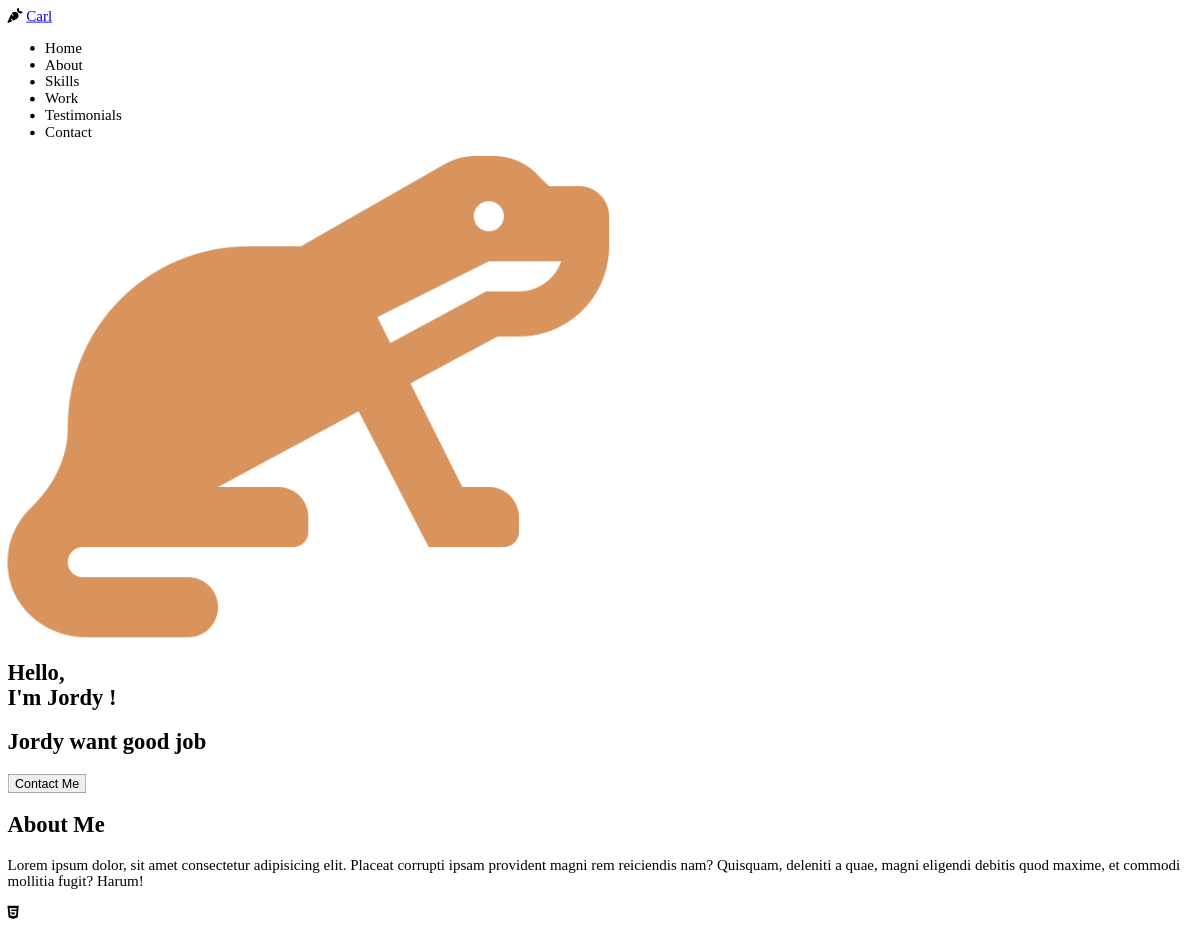
Repository: pilgrim13/Portfolio
Page: index.html
These files come from the project's save history. The page is drawn as it stood at one moment and after the next save; the edit follows.
The browser window is 1280 px wide. The pictures show the whole page, at 94% of full size.
Some web libraries are served in a nearby version.

Above is the page before, as saved 2021-01-08 20:06:59.

### index.html
<!DOCTYPE html>
<html lang="en">
	<head>
		<meta charset="UTF-8" />
		<meta name="viewport" content="width=device-width, initial-scale=1.0" />
		<title>Carl's WAS</title>
		<meta name="description" content="test WAS" />
		<meta name="author" content="Carl" />
		<link rel="icon" type="image/png" href="imgs/carrot.png" />
		<script
			src="https://kit.fontawesome.com/453419e5ae.js"
			crossorigin="anonymous"
		></script>
		<link rel="preconnect" href="https://fonts.gstatic.com" />
		<link
			href="https://fonts.googleapis.com/css2?family=Open+Sans:wght@400;600;700&display=swap"
			rel="stylesheet"
		/>
		<!-- css -->
		<!-- font-family: 'Open Sans', sans-serif; -->
		<link rel="stylesheet" href="style.css" />
		<script src="main.js" defer></script>
	</head>
	<body>
		<!-- Navbar -->
		<nav id="navbar">
			<div class="navbar__logo">
				<i class="fas fa-carrot"></i>
				<a href="#">Carl</a>
			</div>
			<div class="navbar__menu">
				<ul>
					<li class="navbar__menu__item">Home</li>
					<li class="navbar__menu__item">About</li>
					<li class="navbar__menu__item">Skills</li>
					<li class="navbar__menu__item">Work</li>
					<li class="navbar__menu__item">Testimonials</li>
					<li class="navbar__menu__item">Contact</li>
				</ul>
			</div>
		</nav>
		<!-- Home -->
		<section id="home">
			<img
				src="imgs/otter-solid.png"
				alt="Carl's profile photo"
				class="home__avatar"
			/>
			<h1 class="home__title">Hello, <br />I'm Jordy !</h1>
			<h2 class="home__description">Jordy want good job</h2>
			<button class="home__contact">Contact Me</button>
		</section>
		<!-- About -->
		<section id="about">
			<h1>About Me</h1>
			<p>
				Lorem ipsum dolor, sit amet consectetur adipisicing elit. Placeat
				corrupti ipsam provident magni rem reiciendis nam? Quisquam, deleniti a
				quae, magni eligendi debitis quod maxime, et commodi mollitia fugit?
				Harum!
			</p>
			<div class="about__majors">
				<div class="major">
					<div class="major__icon">
						<i class="fab fa-html5"></i>
					</div>
					<div class="major__title"></div>
					<div class="major__description"></div>
				</div>
			</div>
		</section>
		<!-- Skills -->
		<section id="skills"></section>
		<!-- Work -->
		<section id="work"></section>
		<!-- Testimonials -->
		<section class="testimonials"></section>
		<!-- Contact -->
		<section id="contact"></section>
	</body>
</html>

Loaded but not shown: main.js (no stored copy; drawn as an empty file); style.css (no stored copy; drawn as an empty file)

After the next save:
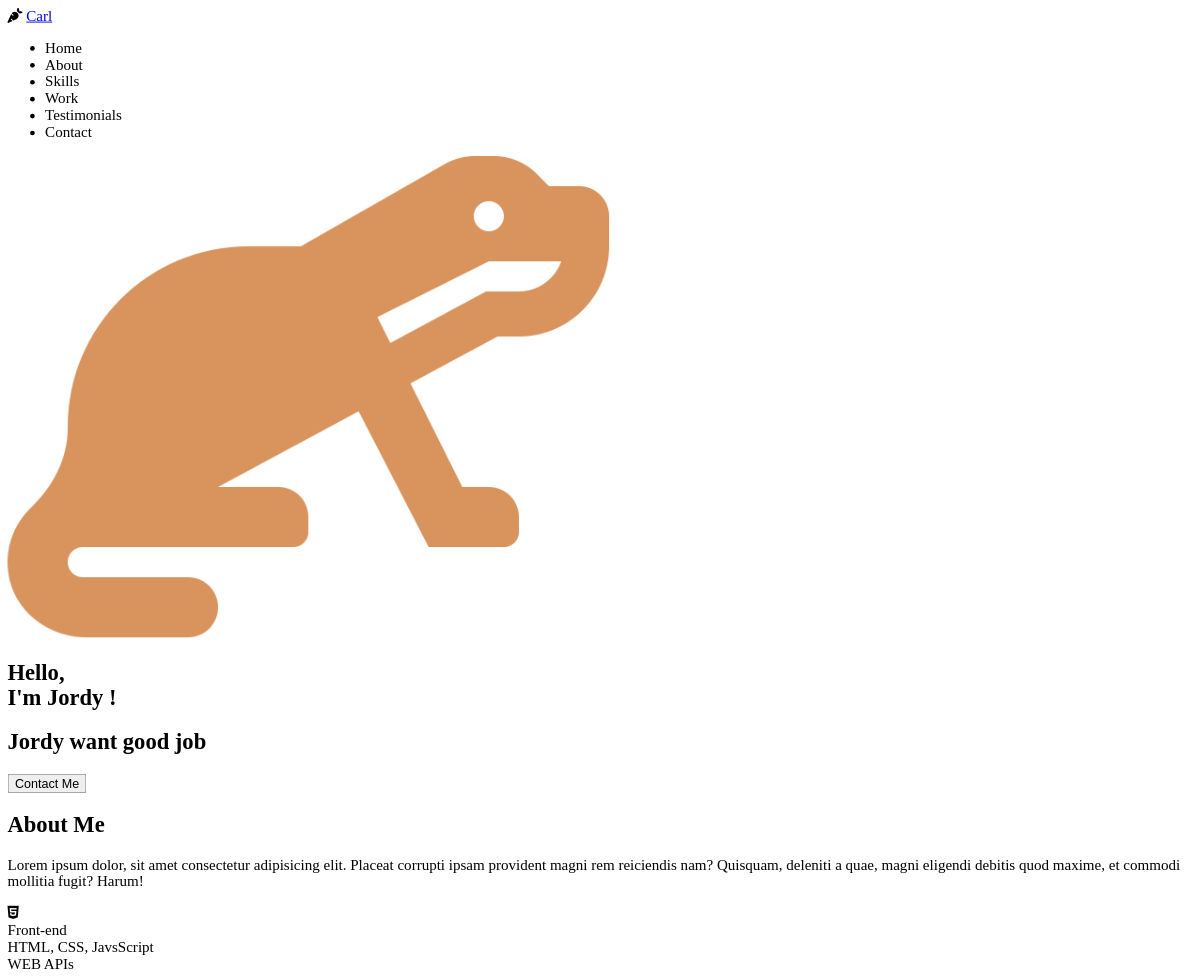
Saved 4 min 32 s later.
--- a/index.html
+++ b/index.html
@@ -64,10 +64,15 @@
 					<div class="major__icon">
 						<i class="fab fa-html5"></i>
 					</div>
-					<div class="major__title"></div>
-					<div class="major__description"></div>
+					<div class="major__title">Front-end</div>
+					<div class="major__description">
+						HTML, CSS, JavsScript <br />WEB APIs
+					</div>
 				</div>
 			</div>
+			<!-- <i class="fas fa-mobile-alt"></i> -->
+			<!-- <i class="fas fa-server"></i> -->
+			<!-- <i class="fas fa-code-branch"></i> -->
 		</section>
 		<!-- Skills -->
 		<section id="skills"></section>
